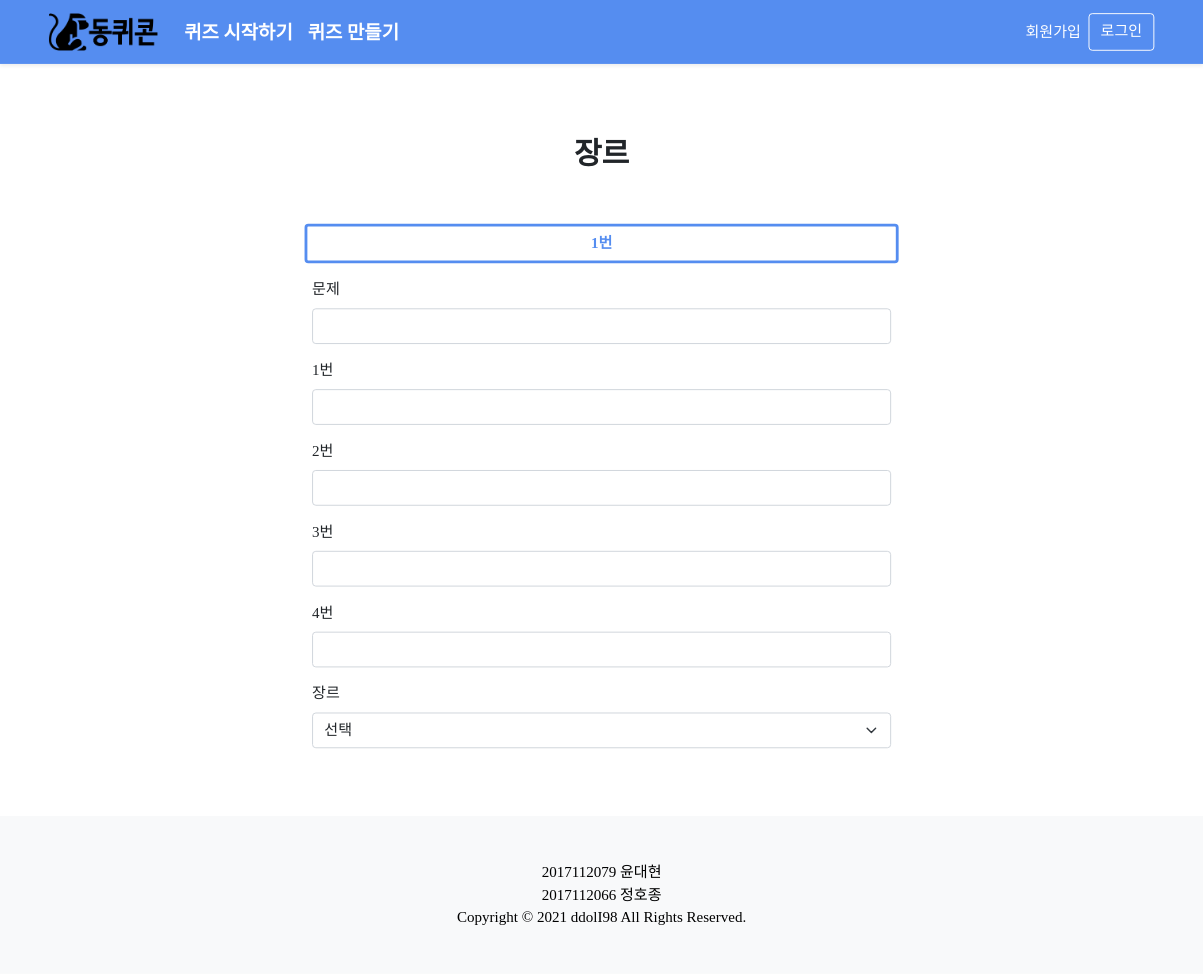
Repository: eogus0512/Quiz_WebProject
Page: http://localhost/Quiz_WebProject/solveQuiz.jsp
These files come from the project's save history. The page is drawn as it stood at one moment and after the next save; the edit follows.
The browser window is 1280 px wide. The pictures show the whole page, at 94% of full size.
Some web fonts or font styles are not loaded; a fallback is used. The page is served by Tomcat 9.

Above is the page before, as saved 2021-10-28 14:22:59.

After the next save:
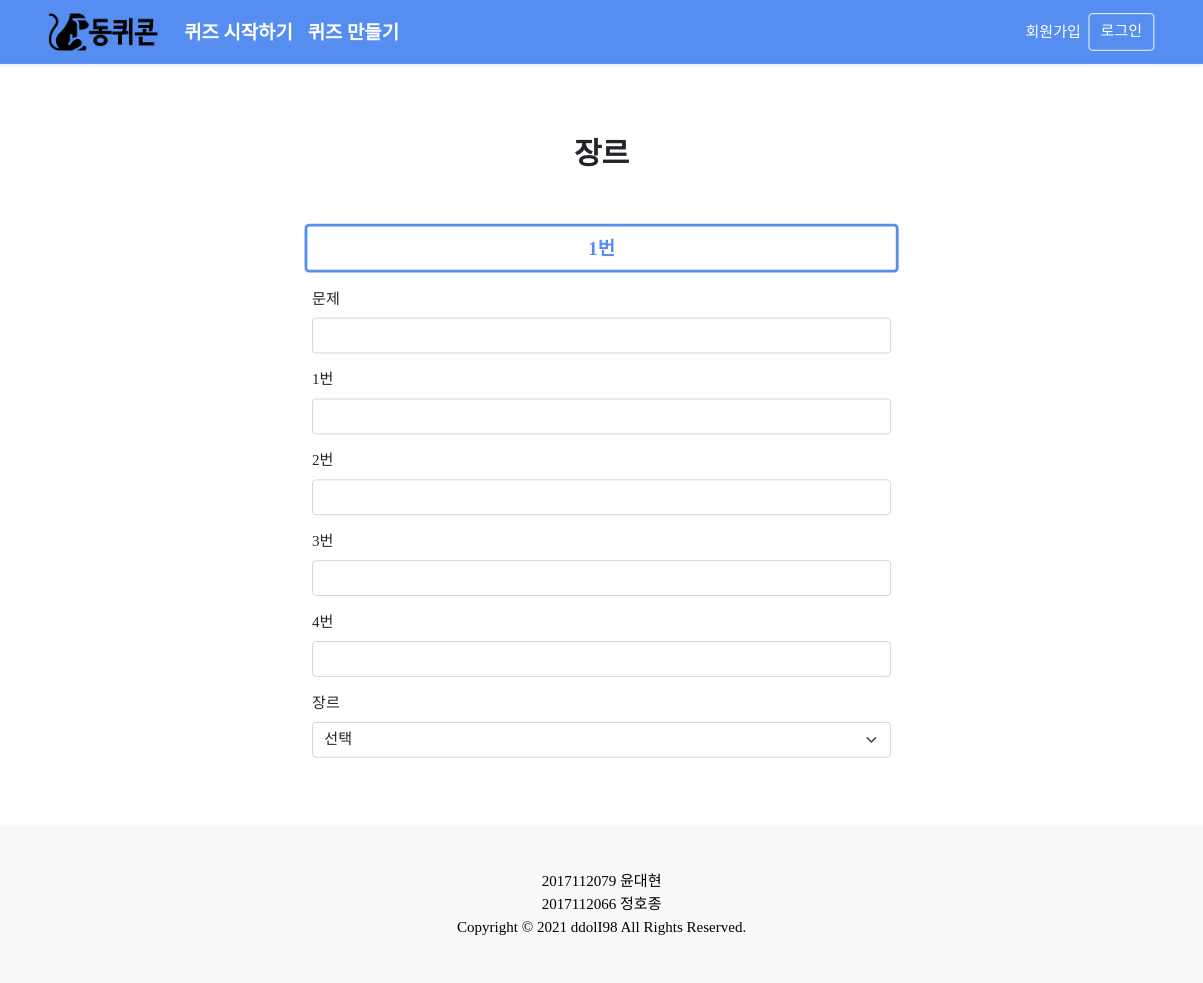
Saved 10 s later.
--- a/Quiz_WebProject/WebContent/solveQuiz.jsp
+++ b/Quiz_WebProject/WebContent/solveQuiz.jsp
@@ -68,7 +68,7 @@
 <div class="container col-md-6">
     <form method="post" action="action/signUpAction.jsp">
         <div class="row g-3">
-            <button class="w-100 btn" type="submit" style="background-color: white; color:#558DF0; border:3px solid #558DF0"><b>1번</b></button>
+            <button class="w-100 btn-lg" type="submit" style="background-color: white; color:#558DF0; border:3px solid #558DF0"><b>1번</b></button>
             <div class="col-12">
                 <label for="question" class="form-label">문제</label>
                 <input type="text" class="form-control" name="question" id="question" placeholder="" value="" required>
